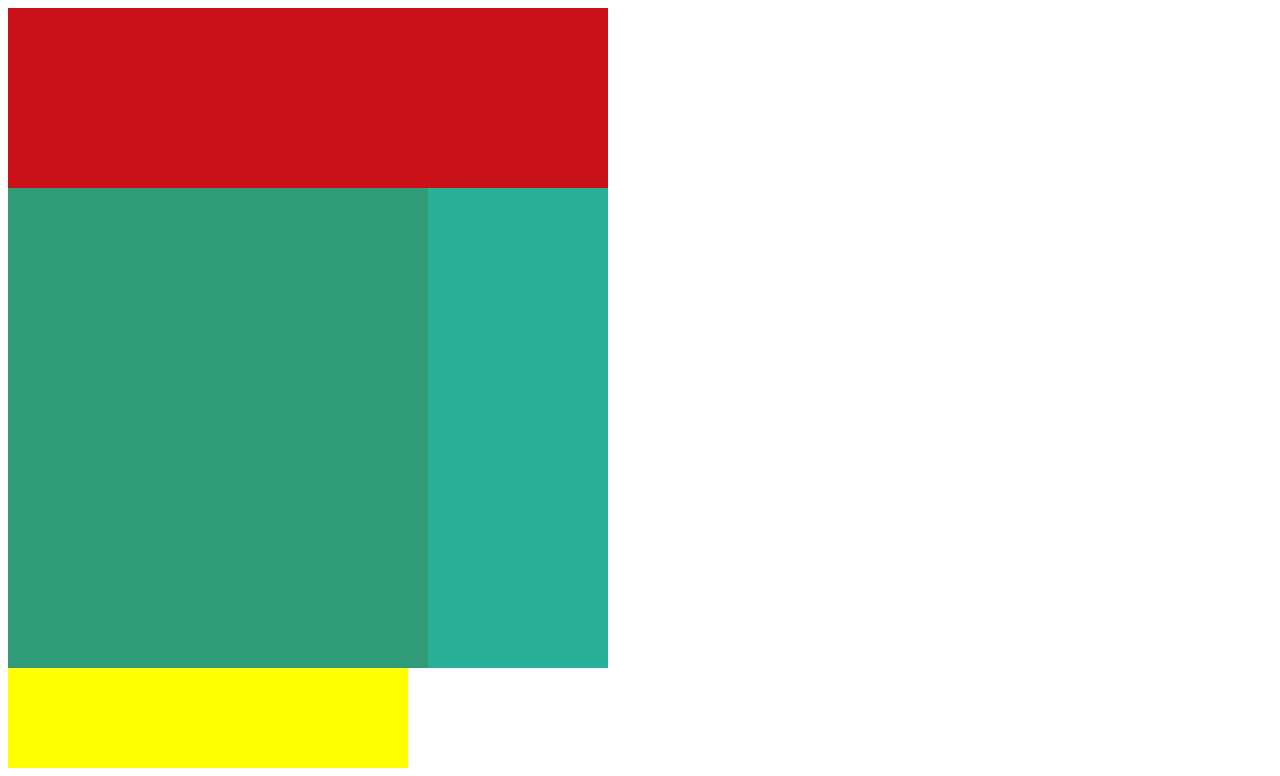
Repository: natuki-i/curriculum
Page: HTML/index.html
The author's editor kept a copy of each file at every save. The page is drawn from the files as they stood at one save, then again after the next save.
The browser window is 1280 px wide. The pictures show the whole page.

Above is the page before, as saved 2022-11-25 21:58:02.

After the next save:
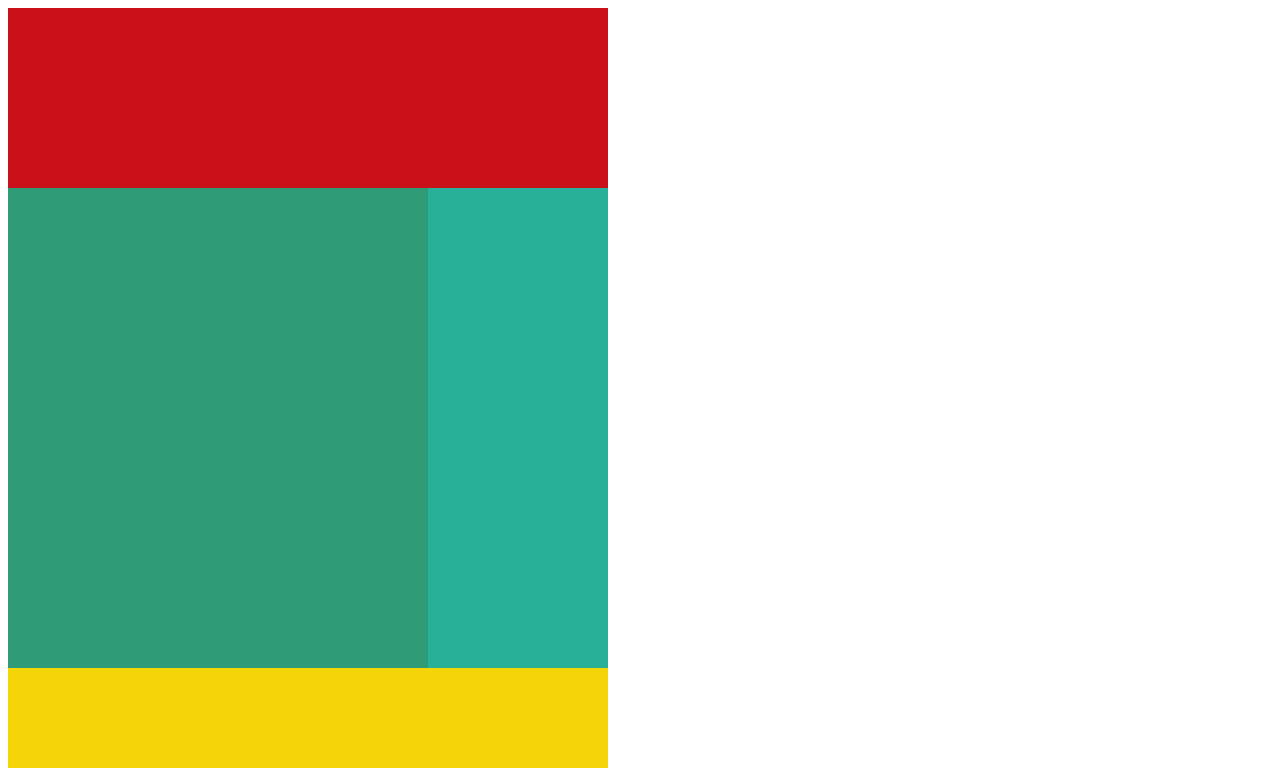
Saved 48 s later.
--- a/HTML/css/style.css
+++ b/HTML/css/style.css
@@ -21,7 +21,7 @@
 }
 
 .footer {
-    width: 400px;
+    width: 600px;
     height: 100px;
-    background-color: yellow;
+    background-color: #f4d508;
 }
